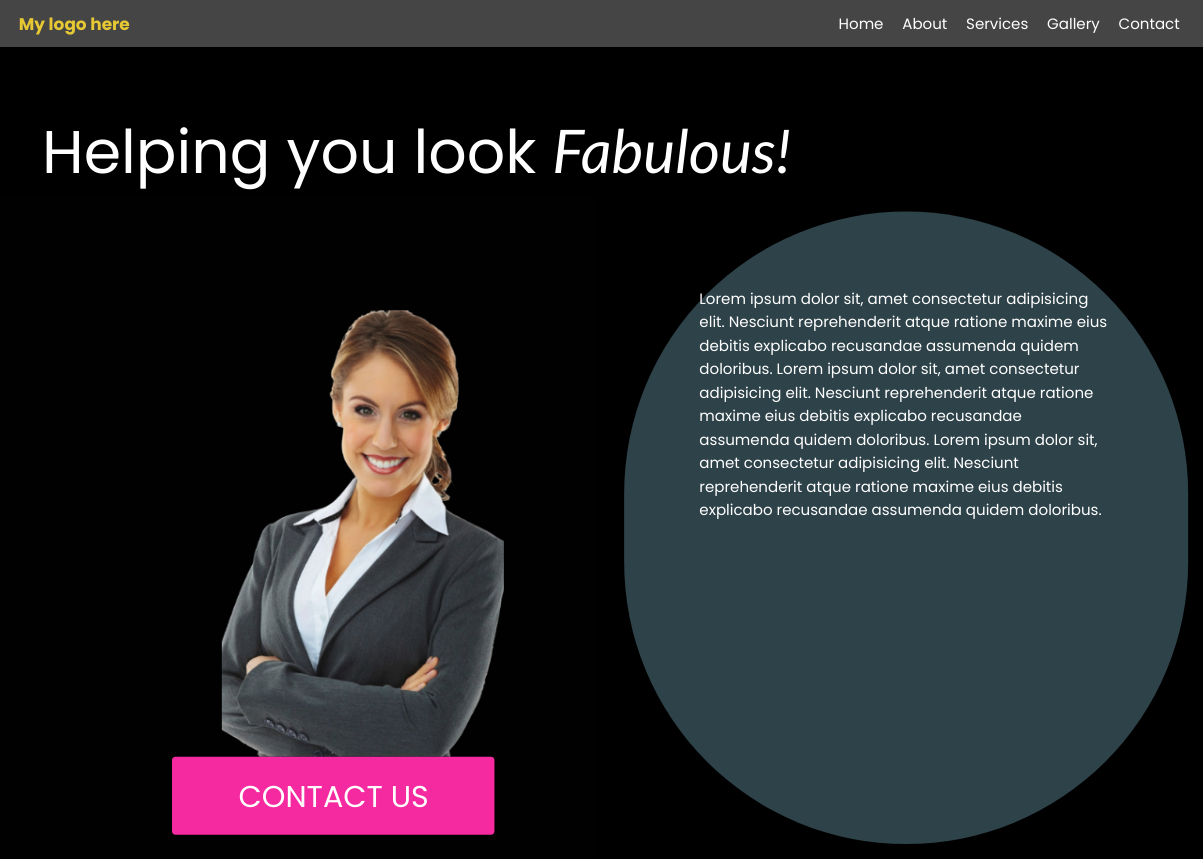
Repository: buzzedison/gardens
Page: index.html
An editor plug-in stored every save of this project. The page is shown before and after the next save, followed by the edit.
The browser window is 1280 px wide. The pictures show the whole page, at 94% of full size.

Above is the page before, as saved 2022-01-12 20:01:29.

After the next save:
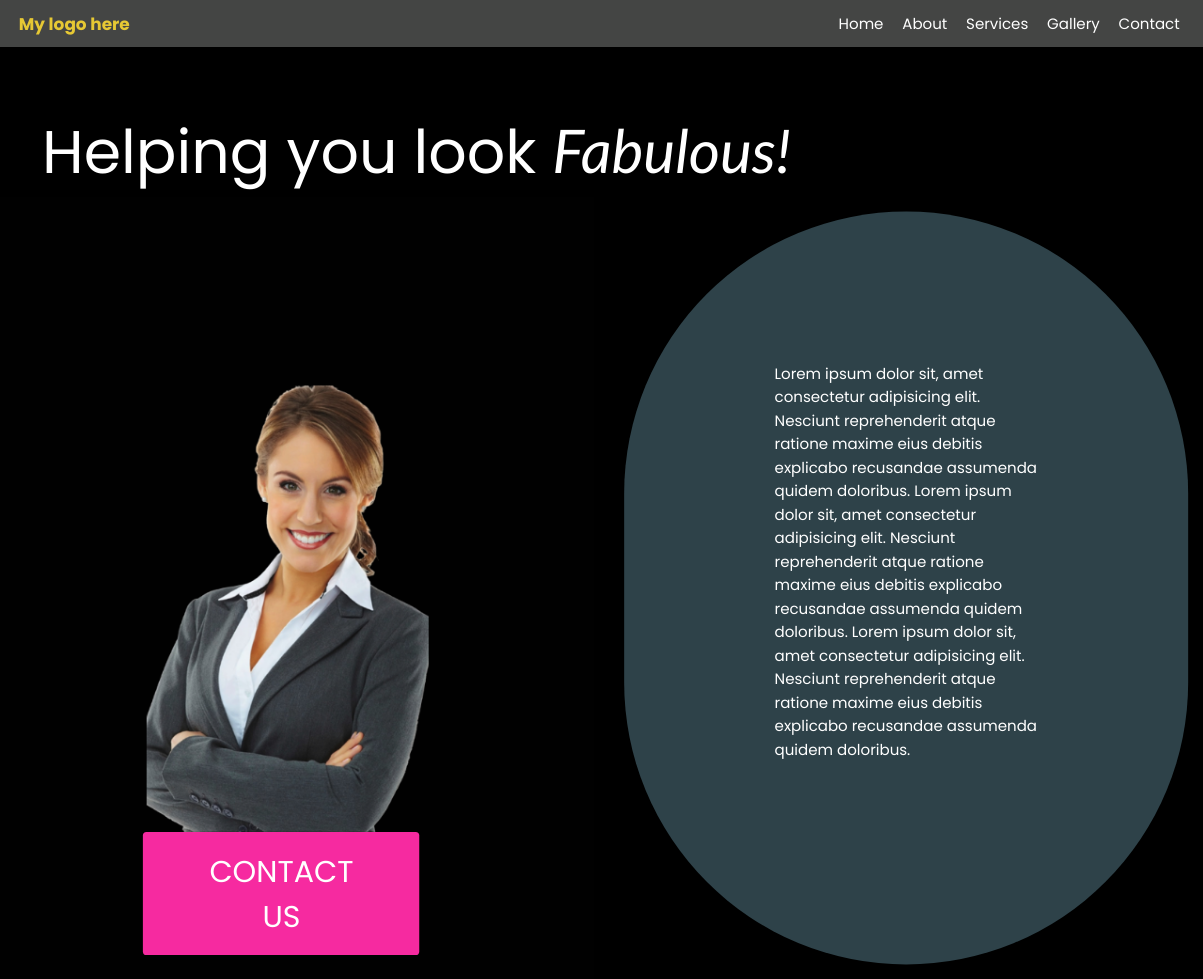
Saved 13 s later.
--- a/css/styles.css
+++ b/css/styles.css
@@ -160,7 +160,7 @@ ul li:hover {
 }
 
 .text-grid {
-  padding: 5em;
+  padding: 10em;
   color:white;
 
 
